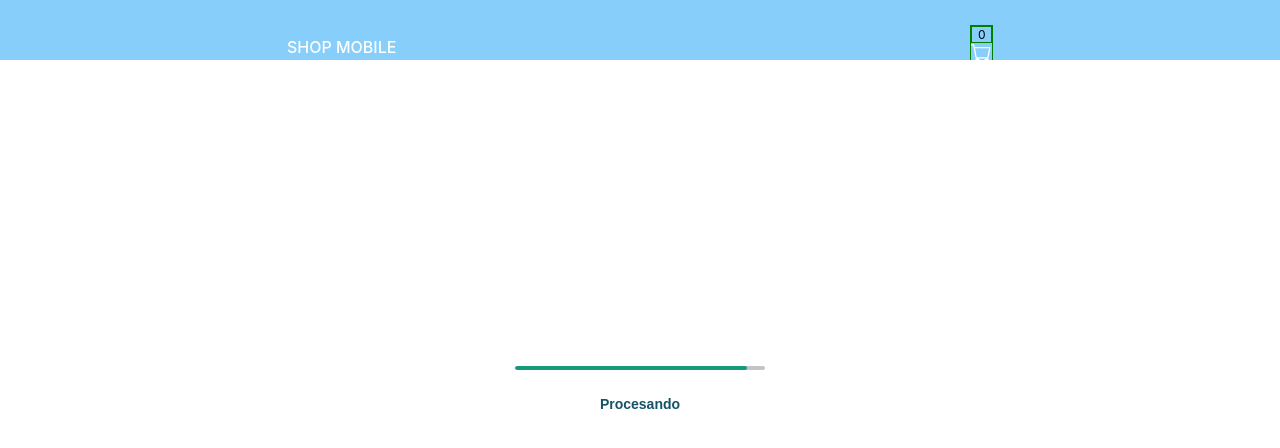
Repository: banchiec/atInditex
Page: /
These files come from the project's save history. The page is drawn as it stood at one moment and after the next save; the edit follows.
The browser window is 1280 px wide. The pictures show the whole page.
The page's requests for data from a server got no answer. The project was rebuilt for these pictures with package versions that can differ from the ones it lists, and the page was loaded fresh each time. No one was signed in, and anything a server would have sent is missing. Also part of the build but not shown: src/components/Cards/CardProductItem/cardProductItemStyled.js, src/components/Cards/CardProductItem/CardProductItem.js, src/services/cart.services.js, src/utils/products/cart.utils.js, src/screen/DetailsProductScreen/components/ButtonOptions/buttonOptionsStyled.js, src/screen/DetailsProductScreen/components/ButtonOptions/ButtonOptions.js, src/screen/DetailsProductScreen/styles/detailsProductScreenStyled.js, src/screen/DetailsProductScreen/DetailsProductScreen.js.

Above is the page before, as saved 2022-09-08 10:53:36.

### src/App.js
import {BrowserRouter as Router, Routes, Route } from 'react-router-dom'
import * as path from './utils/paths'
import Header from './components/Header/Header';
import ProductsScreen from './screen/ProductsScreen/ProductsScreen';
import DetailsProductScreen from './screen/DetailsProductScreen/DetailsProductScreen';
import { useEffect, useState } from 'react';

let counter = 0

function App() {
  const [counterCart, setCounterCart] = useState(0)

  useEffect(() => {
    handleCounterCart()
  }, [])

  const handleCounterCart = (valor) => {
    console.log(valor);
    if(valor === null){
      setCounterCart(counter)
    }
    setTimeout(() => {
      setCounterCart(valor)
    }, 1000)
    if(valor){
      counter++
    }
  }

  console.log(counterCart);

  return (
    <Router>
      <Header counterCart={counterCart} />
      <Routes>
        <Route path={path.PRODUCTPAGE} element={<ProductsScreen/>} />
        <Route path={path.DETAILSPAGE} element={<DetailsProductScreen handleCounterCart={handleCounterCart} />}  />
      </Routes>
    </Router>
  );
}

export default App;

### src/utils/paths.js
export const PRODUCTPAGE= '/'
export const DETAILSPAGE= '/product/details/:id'

### src/components/Header/Header.js
import { Link } from "react-router-dom"
import {BsCart} from 'react-icons/bs'
import * as path from '../../utils/paths'
import { ContainerHeader } from "./headerStyled"
import { useEffect, useState } from "react"

const Header = ({counterCart}) => {
  const [cartItems,setCartItems] = useState()

  useEffect(() => {
    if(counterCart === null){
      setCartItems(0)
    }
    setCartItems(counterCart?.countItems)
  }, [])

  console.log(counterCart);

  return(
    <ContainerHeader>
      <Link to={path.PRODUCTPAGE}>
        SHOP MOBILE
      </Link>
      <div>
        <p>
        { counterCart != null ? counterCart?.countItems: 0}
        </p>
        <BsCart/>
      </div>
    </ContainerHeader>
  )
}
export default Header

### src/screen/ProductsScreen/ProductsScreen.js
import { useEffect, useState } from "react"
import CardProductItem from "../../components/Cards/CardProductItem/CardProductItem"
import Loader from "../../components/Loaders/Loader"
import { getProducts } from "../../utils/products/products.utils"
import { getWithExpiry } from "../../utils/localStorage"
import { ContainerProducts, Filter, Search } from "./styles/productScreenStyled"

const ProductsScreen = () => {
  const [products, setProducts] = useState(null)
  const [productsSearch, setProductsSearch] = useState([])
  const [value, setValue] = useState('')
  const [alert, setAlert] = useState(null)
  const [cartItem, setCartItems] = useState(0)

  useEffect(() => {
    getProducts()
  },[])
  useEffect(()=> {
    setTimeout(() => {
      setProducts(getWithExpiry('products'));
      setProductsSearch(getWithExpiry('products'))
    }, 2000);
  },[])
  useEffect(() => {
    setTimeout(() => {
      if(getWithExpiry('products') === null){
        setAlert(
          <div>
            <h1>Es necesario volver a solicitar la información</h1>
          </div>
        )
        setProducts([])
      }
    }, 3600000)
  },[])

  const handleGetProduct = (e) => {
    setValue(e.target.value)
    filter(e.target.value)
  }
  const filter = (searchText) => {
    let resutlsSearch = productsSearch.filter((product) => {
      if(product.brand.toString().toLowerCase().includes(searchText.toLowerCase())
        || product.model.toString().toLowerCase().includes(searchText.toLowerCase())){
        return product
      }
    })
    setProducts(resutlsSearch)
  }
  return (
    <div>
      <Filter>
        <h4>LIST ITEM</h4>
        <Search
          type='text'
          placeholder="SEARCH"
          value={value}
          onChange={(e) => handleGetProduct(e)}
        />
      </Filter>
      <ContainerProducts>
        { !products ? (
          <Loader/>
        ):(
          products?.map((item) => {
            return (
              <CardProductItem
                key={item.id}
                id = {item.id}
                imgUrl={item.imgUrl}
                brand={item.brand}
                model={item.model}
                price={item.price}
              />
            )
        })) }
        {alert}
      </ContainerProducts>
    </div>
  )
}

export default ProductsScreen

### src/components/Header/headerStyled.js
import styled from "styled-components";

export const ContainerHeader = styled.header`


  @media (min-width:768px){
    display: flex;
    justify-content: space-around;
    align-items: center;
    background: #87CEFA;
    padding: 25px 0;
    border: 1px solid greee;
    a {
      text-decoration: none;
      color: #ffff;
      font-weight: 500;
    }
    svg {
      font-size: 1.3rem;
      color: #ffff;
    }
    div{
      border: 1px solid green;
      padding: 0;
      margin:0;
      p {
        border: 1px solid green;
        margin:0 ;
        text-align: center;
        font-size: 12px;
      }
    }
  }
`

### src/components/Loaders/Loader.js
import './styles/loader.css'

const Loader = () => {
	return(
		<div className="progress_bar animate-loader">
			<div className="progress_bar__content">
				<div className="progress_bar__wrapper">
					<div className="progress_bar__viewer">
						<div className="progress_bar__shimmer"></div>
					</div>
				</div>
				<div className="progress_bar__state" data-start="Solicitando datos" data-middle="Procesando" data-end="Casi esta!"></div>
			</div>
		</div>
	)
}
export default Loader

### src/utils/products/products.utils.js
import ProductsService from "../../services/product.services"
import { setWithExpiry } from "../localStorage"
const productService = new ProductsService()

export const getProducts = () => {
	productService.getProducts()
		.then((data)=> {
			setWithExpiry('products', JSON.stringify(data.data), 360000)
		})
		.catch((error) => console.log(error))
}
export const getDetailsProduct = (id) => {
	productService.getOneProduct(id)
	.then((data) => {
		setWithExpiry(`detailsProduct${data.data.id}`, JSON.stringify(data.data), 360000)
	})
	.catch((error) => console.log(error))
}

### src/utils/localStorage.js
export const setWithExpiry = (key, value, ttl) =>  {
	const now = new Date()
	const item = {
		value: value,
		expiry: now.getTime() + ttl,
	}
	localStorage.setItem(key, JSON.stringify(item))
}

export const getWithExpiry = (key) =>  {
	const itemStr =  localStorage.getItem(key)
	if (!itemStr) {
		return null
	}
	const item = JSON.parse(itemStr)
	const now = new Date()
	if (now.getTime() > item.expiry) {
		localStorage.removeItem(key)
		return null
	}
	return  JSON.parse( item.value)
}

### src/screen/ProductsScreen/styles/productScreenStyled.js
import styled from "styled-components";
export const ContainerProducts =  styled.div`
  display: flex;
  flex-direction: row;
  justify-content: center;
  flex-wrap: wrap;
	@media (min-width:768px){
  }
`
export const Filter = styled.div`
  display: flex;
  flex-direction: row;
  justify-content: space-between;
  padding:  15px 0;
  margin: 0 6em;
`
export const Search = styled.input`
	@media (min-width:768px){
		padding: 0 20px;
    text-align: end;
    border: none;
    background: whitesmoke;
    border-radius:  5px;/* border: 1px solid green; */
  }
`

### src/components/Loaders/styles/loader.css
.progress_bar {
  font-family: Arial;
  position: fixed;
  left: 0;
  bottom: 0;
  display: flex;
  width: 100%;
  align-items: center;
  justify-content: center;
  background: white;
  top: 60px;
  z-index: 999;
  height: calc(100vh - 60px);
}
.progress_bar__wrapper {
  overflow: hidden;
  border-radius: 15px;
  width: 250px;
  background-color: #c4c4c4;
  overflow: hidden;
}
.progress_bar__viewer {
  background: #17997B;
  border-radius: 4px;
  height: 4px;
  transform: scaleX(0);
  transform-origin: 0 0;
}
.progress_bar.animate-loader .progress_bar__viewer {
  animation: FillAnimation 6s cubic-bezier(0.01, 1.06, 0.71, 1) forwards infinite;
}
.progress_bar.animate-loader .progress_bar__state::before {
  content: '';
  animation: TextChange 6s infinite;
}
.progress_bar__content {
  display: flex;
  flex-direction: column;
}
.progress_bar__state {
  margin-top: 24px;
  text-align: center;
  font-size: 14px;
  line-height: 1.5;
  font-weight: bold;
  color: #155366;
}
@keyframes FillAnimation {
  0% {
    transform: scaleX(0.028);
  }
  10% {
    transform: scaleX(0.028);
  }
  20% {
    transform: scaleX(0.028);
  }
  25% {
    transform: scaleX(0.24);
  }
  35% {
    transform: scaleX(0.24);
  }
  45% {
    transform: scaleX(0.24);
  }
  50% {
    transform: scaleX(0.624);
  }
  60% {
    transform: scaleX(0.624);
  }
  70% {
    transform: scaleX(0.624);
  }
  75% {
    transform: scaleX(0.928);
  }
  85% {
    transform: scaleX(0.928);
  }
  95% {
    transform: scaleX(0.928);
  }
  100% {
    transform: scaleX(1);
  }
}
@keyframes TextChange {
  0% {
    content: attr(data-start);
  }
  24% {
    content: attr(data-start);
  }
  25% {
    content: attr(data-middle);
  }
  99% {
    content: attr(data-middle);
  }
  100% {
    content: attr(data-end);
  }
}

### src/services/product.services.js
import axios from 'axios'

class ProductsService {
	constructor() {
		this.instance = axios.create({
			baseURL: `https://front-test-api.herokuapp.com/api/product`,
			withCredentials: false
		})
	}
	deleteProduct = (id) => this.instance.delete(`/${id}`)
	getProducts = () => this.instance.get("/")
	getOneProduct = (id) => this.instance.get(`/${id}`)
	createProduct = (form) => this.instance.post("/new", form)
}
export default ProductsService;

Loaded but not shown: public/index.html (common file); src/index.js (common file); src/index.css (common file); src/reportWebVitals.js (common file)

After the next save:
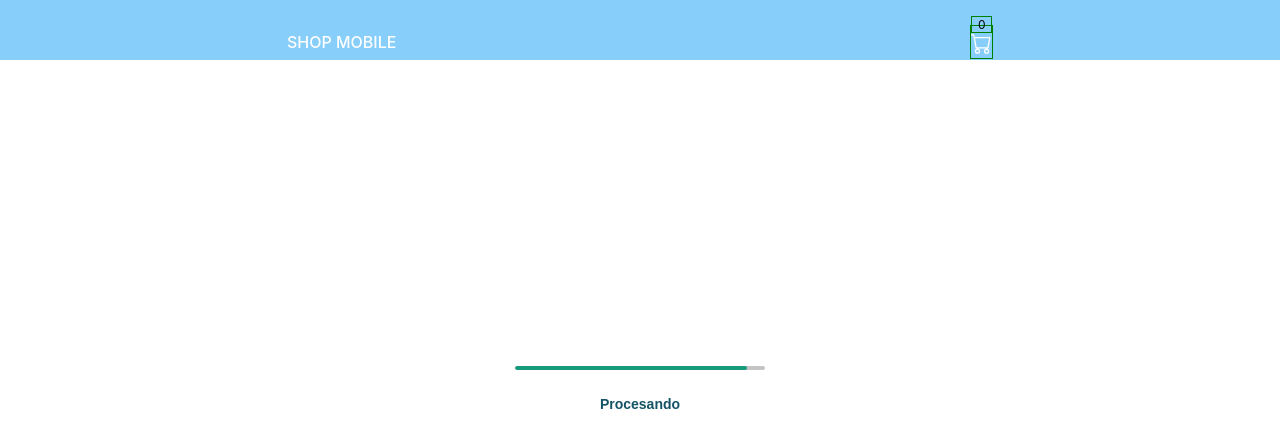
Saved 24 s later.
--- a/src/components/Header/headerStyled.js
+++ b/src/components/Header/headerStyled.js
@@ -28,6 +28,7 @@ export const ContainerHeader = styled.header`
         margin:0 ;
         text-align: center;
         font-size: 12px;
+        margin-top: -10px;
       }
     }
   }
